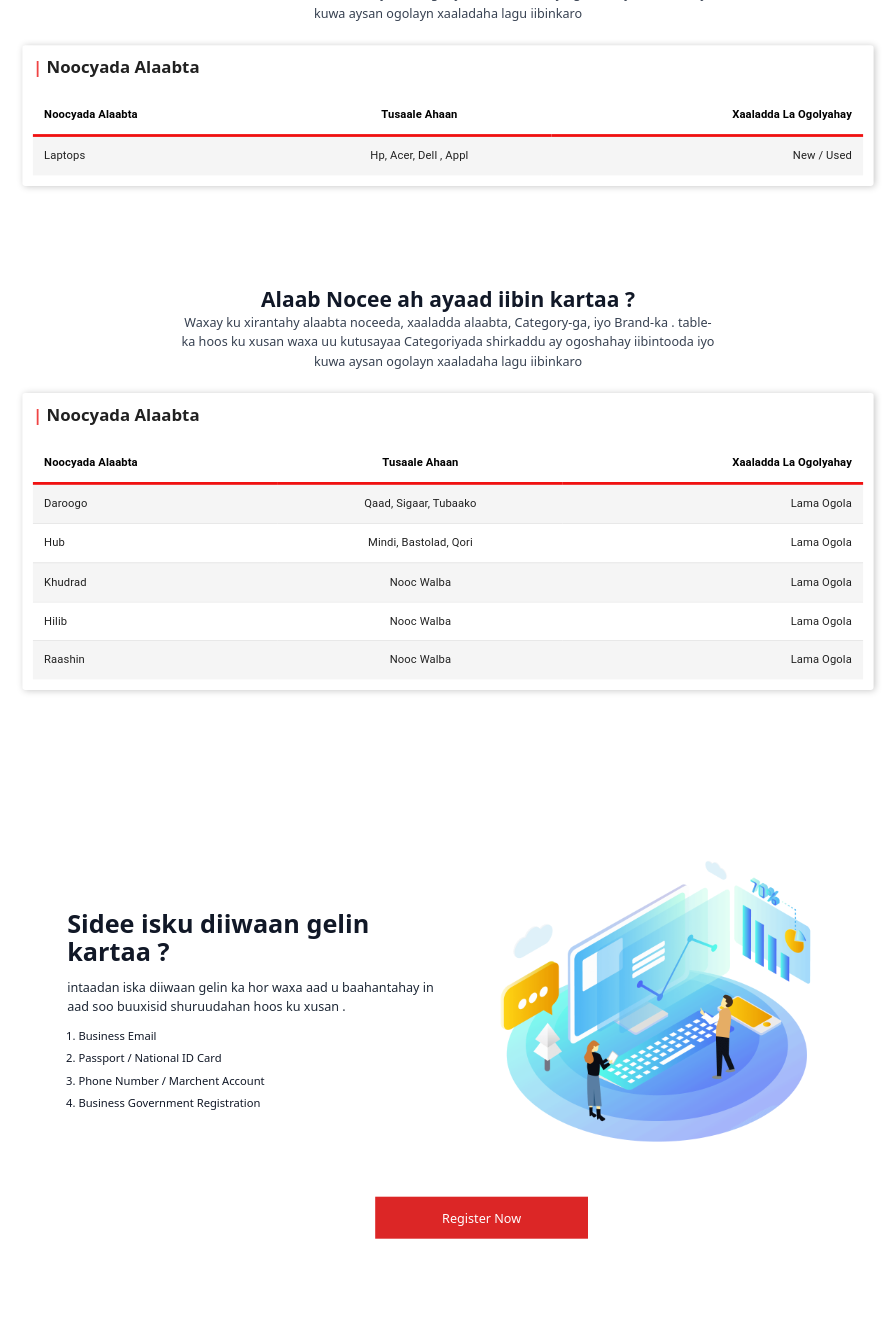
Repository: muraadso/Muraadso-Sellers
Page: /
These files come from the project's save history. The page is drawn as it stood at one moment and after the next save; the edit follows.
The browser window is 1280 px wide. The pictures show the part of the page from y = 2372 to 4292 px (the page is 7451 px tall before and 7507 px after), at 70% of full size.
The project was rebuilt for these pictures with package versions that can differ from the ones it lists, and the page was loaded fresh each time. The framework's server and built-in components were replaced by stand-ins that run in the browser. Also part of the build but not shown: next.config.js.

Above is the page before, as saved 2021-12-11 11:23:29.

### pages/_app.js
import '../styles/globals.css'
 import 'tailwindcss/tailwind.css'
import { Layout } from '../components/Layout'


function MyApp({ Component, pageProps }) {
  return (
    <Layout>
      <Component {...pageProps} />
    </Layout>
  )
}

export default MyApp

### styles/globals.css
@import url('https://fonts.googleapis.com/css2?family=Lato:ital,wght@0,300;0,400;0,700;0,900;1,700&family=Poppins:wght@200;300;400;500;600;700&display=swap');
html,
body {
  padding: 0 ;
  margin: 0;
  overflow-x: hidden !important;
  scroll-behavior: smooth;
}

a {
  color: inherit;
  text-decoration: none;
}

* {
  box-sizing: border-box;
}


.navbar {
  box-shadow: 2px 1px 7px rgba(0, 0, 0, 0.226);
  font-family: 'Poppins', sans-serif  ;
  font-weight: 500;

}
  .logo{
    font-family: 'Lato', sans-serif;
    font-weight: 700;
    color: rgb(233, 59, 59);
    font-size: 20px ;
  }
  .how-card{
    position: relative;
    box-shadow: 0 2px 10px rgba(0, 0, 0, 0.336) ;
  }
  .regimage{
    height: 500px;

  }
  .react-player {
    background-color: white !important;
    padding: 10px;
    box-shadow: 2px 1px 11px rgba(0, 0, 0, 0.226);
    border-radius: 2px;
  }
  .player-wrapper{
    overflow-x: hidden !important;
    /* width: 100% !important; */
  }


  .formcontainer{
    box-shadow: 2px 1px 11px rgba(0, 0, 0, 0.226);

  }



@media screen and  (max-width: 768px){
  .nav{
    padding-top: 40px;
    display: flex;
    flex-direction: column;

  }

  .how-card{
  margin-bottom: 25px;
}

.tablle{
  margin-bottom: 90px;
}
.tablle2{

}
 TableContainer{
   background-color: red;
   display: hidden;
 }
 .regimage{
    max-height: 300px;

  }
  .formcontainer{
    min-width: 110%;
  }

}




@tailwind base;
@tailwind components;
@tailwind utilities

### components/Hero.jsx
const Hero = () => {
    return (
        <div className="md:grid-cols-2 md:grid md:mt-11 hero">
                <div className="md:px-16 md:py-36 py-11 herotxt">
                    <h6 className="px-2 font-medium text-gray-500">ku iibi muraadso</h6>
                    <h1 className="my-5 text-3xl font-bold text-gray-800 capitalize md:font-bold md:text-gray-800 md:capitalize lg:text-6xl">sidee ugu iibin krtaa <br /> alaabtaada <span  className="text-red-600 md:text-red-600">muraadso</span></h1>

                    <p className="text-gray-700 md:text-left">
                         Whether you’ve already got an established e-commerce business , a great idea for a new product, or you just have a passion for selling, here’s how to take that next step with Muraadso </p>
                </div>

                <div className="heroimg">
                    <img className="w-4/4 "  src="/images/heroimage.png" alt="heroimage" />
                </div>
        </div>
    )
}

export default Hero

### components/About.jsx

const About = () => {
    return (
        <div className="mt-32">
            <h1 className="text-3xl font-bold text-center">Ku Iibso Muraadso</h1>
            <div className="gap-0 md:px-16 md:grid-cols-2 md:grid about-content">
                <div className="mt-12 aboutimg">
                  <img src="/images/aboutimage.png" className="md:h-96" alt="about image" />
                </div>
                <div className="md:mt-20 mt-11 about-text">
                    <p className="text-xl text-justify">
                        Muraadso waa hogaanka suuqa casriga ee online waana suuq aad ku iibin kartid alaabtaada, ahaw ganacsade alaabta sameeya, mid soo dajiya, si fudud ayaad ugu iibin kartaa suuqa casriga muraadso, sidoo kale ka mid noqo ganacsiyada shabakada internet ku iibiya alaabaha adiga oon ku kharash badan galin, kana faa’idaysanaya khubarada team ka muraadso helayana tobabaro iyo caawimo sidaad ugu iibin lahayd muraadso dhexdeeda Ku dhex iibta muraadso waa wax fudud sidoo kalena kharash yari kaaga bixi karo ama wax kharash ahi kaa baxayn, kaliya waxa lagaaga bahanyay in aad is diwaan galisid, kuna gurtid alaabta aad haysid online shirkada sidaana aad ku bilawdid iibka alaabtaada....<span className="text-red-600">Read More</span>
                    </p>
                </div>


            </div>
        </div>
    )
}

export default About

### components/Howtoreg.jsx
const Howtoreg = () => {
  return (
    <div className="flex flex-col md:p-16 howtoreg mb-11 md:mb-6 ">
      <div className="grid items-center justify-between md:grid-cols-2 registerdoc">
        <div className="space-y-4 regcontent">
          <h1 className="text-xl font-bold text-gray-900 md:text-4xl">Sidee isku diiwaan gelin kartaa ?</h1>
          <p className="text-lg text-gray-800 ">intaadan iska diiwaan gelin ka hor waxa aad u baahantahay in aad
            soo buuxisid shuruudahan hoos ku xusan .</p>
            <ol className="ml-4 space-y-2 font-medium text-gray-900 list-decimal">
              <li>Business Email</li>
              <li>Passport / National ID Card</li>
              <li>Phone Number / Marchent Account </li>
              <li>Business Government Registration</li>
            </ol>
        </div>
        <div className="flex items-center justify-end regimage">
          <img className="regimage" src="/images/registrationn.png" alt="" />
        </div>

      </div>
      <div className="flex flex-col items-center justify-center space-y-4 md:space-x-24 md:flex-row acceptterms">
        <div className="flex flex-row items-center justify-center check">
        </div>
        <div className="items-center justify-center text-center">
        <button className="items-center justify-center px-24 py-3 text-sm text-white bg-red-600 md:text-center md:text-lg md:px-24 md:py-4 ">Register Now</button>
        </div>
      </div>


    </div>
  )
}

export default Howtoreg

### components/Whatsell.jsx
import * as React from 'react';
import { styled } from '@mui/material/styles';
import Table from '@mui/material/Table';
import TableBody from '@mui/material/TableBody';
import TableCell, { tableCellClasses } from '@mui/material/TableCell';
import TableContainer from '@mui/material/TableContainer';
import TableHead from '@mui/material/TableHead';
import TableRow from '@mui/material/TableRow';
import Paper from '@mui/material/Paper';

const StyledTableCell = styled(TableCell)(({ theme }) => ({

  [`&.${tableCellClasses.head}`]: {
    backgroundColor: theme.palette.common.white,
    color: theme.palette.common.black,
    borderBottom: '4px solid rgb(240, 17, 17)' ,
    fontSize: '16px',
    fontWeight: '600',

  },
  [`&.${tableCellClasses.body}`]: {
    fontSize: 16,
  },
}));

const StyledTableRow = styled(TableRow)(({ theme }) => ({
  '&:nth-of-type(odd)': {
    backgroundColor: theme.palette.action.hover,


  },
  // hide last border
  '&:last-child td, &:last-child th': {
    border: 0,
  },
}));





function createData(noocaAlaabta, tusaale, xaaladda) {
  return { noocaAlaabta, tusaale, xaaladda };
}

const rows =[
  createData('Laptops', 'Hp, Acer, Dell , Appl', 'New / Used'),
]
const rows2 = [
  createData('Daroogo', "Qaad, Sigaar, Tubaako", 'Lama Ogola'),
  createData('Hub', 'Mindi, Bastolad, Qori', 'Lama Ogola'),
  createData('Khudrad', 'Nooc Walba', 'Lama Ogola'),
  createData('Hilib', 'Nooc Walba', 'Lama Ogola'),
  createData('Raashin', 'Nooc Walba', 'Lama Ogola')

];

export default function Whatsell() {
  return (
      <>
    <div className="flex flex-col items-center md:justify-center md:mb-36 tablle mb-11">
                <h1 className="text-xl font-bold text-center text-gray-900 md:text-3xl">Alaab Nocee ah ayaad iibin kartaa ?</h1>
                <p className="max-w-3xl mb-8 text-sm text-center text-gray-700 md:text-lg">Waxay ku xirantahy alaabta noceeda, xaaladda alaabta, Category-ga, iyo Brand-ka .
                table-ka hoos ku xusan waxa uu kutusayaa Categoriyada shirkaddu ay ogoshahay iibintooda
                iyo kuwa aysan ogolayn xaaladaha lagu iibinkaro </p>

            <TableContainer className="mw-screen-lg TableContainer" component={Paper} sx={{ padding: "15px", minWidth: 380 , maxWidth: 1500, boxShadow: '2px 1px 11px rgba(0, 0, 0, 0.226)' }}>
        <h1 className="mb-6 text-2xl font-bold "> <span className="font-black text-red-500 ">|</span> Noocyada Alaabta</h1>
      <Table sx={{ minWidth: 500 }} aria-label="customized table">
        <TableHead>
          <TableRow>
            <StyledTableCell>Noocyada Alaabta</StyledTableCell>
            <StyledTableCell align="center"> Tusaale Ahaan</StyledTableCell>
            <StyledTableCell align="right">Xaaladda La Ogolyahay</StyledTableCell>
          </TableRow>
        </TableHead>
        <TableBody>
          {rows.map((row) => (
            <StyledTableRow key={row.noocaAlaabta} sx={{backgroundColor: 'white'}}>
              <StyledTableCell component="th" scope="row">
                {row.noocaAlaabta}
              </StyledTableCell>
              <StyledTableCell   align="center">{row.tusaale}</StyledTableCell>
              <StyledTableCell align="right">{row.xaaladda}</StyledTableCell>
            </StyledTableRow>
          ))}
        </TableBody>
      </Table>
    </TableContainer>

    </div>


    <div className="flex flex-col items-center md:justify-center md:mb-36 tablle mb-11">
                <h1 className="text-xl font-bold text-center text-gray-900 md:text-3xl">Alaab Nocee ah ayaad iibin kartaa ?</h1>
                <p className="max-w-3xl mb-8 text-sm text-center text-gray-700 md:text-lg">Waxay ku xirantahy alaabta noceeda, xaaladda alaabta, Category-ga, iyo Brand-ka .
                table-ka hoos ku xusan waxa uu kutusayaa Categoriyada shirkaddu ay ogoshahay iibintooda
                iyo kuwa aysan ogolayn xaaladaha lagu iibinkaro </p>

            <TableContainer className="mw-screen-lg TableContainer" component={Paper} sx={{ padding: "15px", minWidth: 380 , maxWidth: 1500, boxShadow: '2px 1px 11px rgba(0, 0, 0, 0.226)' }}>
        <h1 className="mb-6 text-2xl font-bold "> <span className="font-black text-red-500 ">|</span> Noocyada Alaabta</h1>
      <Table sx={{ minWidth: 500 }} aria-label="customized table">
        <TableHead>
          <TableRow>
            <StyledTableCell>Noocyada Alaabta</StyledTableCell>
            <StyledTableCell align="center"> Tusaale Ahaan</StyledTableCell>
            <StyledTableCell align="right">Xaaladda La Ogolyahay</StyledTableCell>
          </TableRow>
        </TableHead>
        <TableBody>
          {rows2.map((row) => (
            <StyledTableRow key={row.noocaAlaabta} sx={{backgroundColor: 'white'}}>
              <StyledTableCell component="th" scope="row">
                {row.noocaAlaabta}
              </StyledTableCell>
              <StyledTableCell   align="center">{row.tusaale}</StyledTableCell>
              <StyledTableCell align="right">{row.xaaladda}</StyledTableCell>
            </StyledTableRow>
          ))}
        </TableBody>
      </Table>
    </TableContainer>

    </div>




     </>
  );
}

### components/Howtolist.jsx
import ReactPlayer from 'react-player'


const Howtoreg = () => {
  return (
    <div className="flex flex-col space-y-11 md:space-y-24 md:p-16 howtoreg">
      <div className="grid items-center justify-between md:grid-cols-2 registerdoc">
        <div className="space-y-4 regcontent">
          <h1 className="text-xl font-bold text-gray-900 md:text-4xl">Alaabtaada habkan uso diiwaan geli</h1>
          <p className="text-lg text-gray-800 ">kadib marka laguu ogolaado in aad soo diiwaan gelisid alaabtaada
waxaa muhiim ah in aad qaadid talaabooyinkan si alaabta aad
u diiwaan gelisid ay uga soo muuqato Bogga MURAADSO</p>
            <ol className="ml-4 space-y-2 font-medium text-gray-900 list-decimal">
              <li>magaca alaabta oo dhamaystiran</li>
              <li>faahfaahinta alaabta </li>
              <li>xaddiga aad ka haysid alaabta </li>
              <li>qiimaha alaabta </li>
              <li>categoryga ay ka tirsantaha</li>
              <li>brand-ka alaabta ama shirkada smaysay</li>
              <li>4 ama 3 sawir oo quality-goodu sareeyo</li>
              <li>alaabta features-keeda</li>
              <li>alaabta tag-skeeda ama keywordskeda</li>
            </ol>
        </div>
        <div className="flex items-center justify-end regimage">
          <img className="regimage" src="/images/dashboard.png" alt="" />
        </div>

      </div>

      <div className="flex flex-col items-center justify-center space-y-6 watch">
          <h1 className="text-lg font-medium text-center md:font-bold md:text-xl ">Ama Daawo Video-gan Kuu Sharaxaya Habka looso geliyo Product</h1>
         <div className='flex items-center justify-center w-screen p-2 overflow-x-hidden mx-11 player-wrapper'>
        <ReactPlayer
          className=' react-player'
          url='hhttps://www.youtube.com/watch?v=qS5MdsgyWb4&t=5s'
        style={{
            backgroundColor: '#ff0000'
        }}

        />
      </div>
      </div>




    </div>
  )
}

export default Howtoreg

### components/Reg.jsx
import TextField from '@mui/material/TextField';
import Checkbox from '@mui/material/Checkbox';
import FormControlLabel from '@mui/material/FormControlLabel';



const Reg = () => {
    return (
        <div className="container flex flex-col items-center justify-center md:w-screen md:px-11 mb-36 ">
            <h1 className="text-lg font-bold text-center md:text-3xl ">Nagu Soo Biir Macmiil</h1>
            <div className="flex flex-col items-center justify-center py-10 mt-24 bg-white rounded md:w-9/12 md:px-11 space-y-7 formcontainer">
            <h1 className="text-lg font-bold text-center md:text-3xl ">Is Diiwaan Geli</h1>
                <div className="grid w-5/6 grid-cols-1 md:grid-cols-2 gap-x-6 gap-y-7 form">
                  <TextField id="outlined-basic" label="First Name" variant="outlined" />
                  <TextField id="outlined-basic" label="Last Name" variant="outlined" />
                  <TextField id="outlined-basic" label="Magaalada" variant="outlined" />
                  <TextField id="outlined-basic" label="Address" variant="outlined" />
                  <TextField type="number" id="outlined-basic" label="Phone Number" variant="outlined" />
                  <TextField id="outlined-basic" label="Magaca Ganasiga" variant="outlined" />
                  <TextField id="outlined-basic" label="Noca Ganasiga" variant="outlined" />
                </div>

                <div className="flex flex-col items-center justify-center text-center">
                    <FormControlLabel className="mb-2" control={<Checkbox />} label="I accept the privacy and policy" />
                   <button
                    className="items-center justify-center px-24 py-3 text-sm text-white bg-red-600 md:text-center md:text-lg md:px-24 md:py-4 ">
                        Register Now
                    </button>
        </div>
            </div>





        </div>
    )
}

export default Reg

### components/How.jsx
export const How = () => {
    return (
        <div className="flex flex-col items-center justify-center mt-32 mb-24 how md:gap-y-4 gap-y-11">
            <div className="howheader">
            <h2 className="text-4xl font-bold text-center">Sidee u shaqaysaa</h2>
            <p className="mt-2 text-lg text-center text-gray-600">habka uu ushaqeeyo adeegan waa sidatan hoos ku xusan</p>
            </div>
            <div className="h-full md:p-16 md:gap-4 gap-72 md:grid-cols-4 md:grid howsteps">

                <div className="relative max-h-full p-6 bg-white border-4 border-red-400 rounded how-card ">
                    <div className="flex items-center justify-center my-4 card-icon ">
                        <img  src="./icons/register.png" alt="register" />

                    </div>
                    <div className="mb-4 text-xl text-center text-gray-800 cardbody">
                        Macmiil iska diiwaan geli adeega, 24h kadib waxad helaysa fariin ah in lagu aqbalay
                    </div>
                    <div className="absolute flex items-center justify-center w-10 h-10 font-bold text-red-500 bg-white border-2 border-red-500 rounded-full -bottom-5 md:left-40 left-36 place-content-center card-number"> <h2>1</h2></div>
                </div>


                <div className="relative max-h-full p-6 bg-white border-4 border-red-400 rounded how-card ">
                    <div className="flex items-center justify-center my-4 card-icon ">
                        <img className="h-24"  src="./icons/features.png" alt="register" />
                    </div>
                    <div className="mb-4 text-xl text-center text-gray-800 cardbody">
                        Macmiil iska diiwaan geli adeega, 24h kadib waxad helaysa fariin ah in lagu aqbalay
                    </div>
                    <div className="absolute flex items-center justify-center w-10 h-10 font-bold text-red-500 bg-white border-2 border-red-500 rounded-full -bottom-5 md:left-40 left-36 place-content-center card-number"> <h2>2</h2></div>
                </div>




                <div className="relative max-h-full p-6 bg-white border-4 border-red-400 rounded how-card ">
                    <div className="flex items-center justify-center my-4 card-icon ">
                        <img className="h-24"  src="./icons/verified.png" alt="register" />

                    </div>
                    <div className="mb-4 text-xl text-center text-gray-800 cardbody">
                        Macmiil iska diiwaan geli adeega, 24h kadib waxad helaysa fariin ah in lagu aqbalay
                    </div>
                    <div className="absolute flex items-center justify-center w-10 h-10 font-bold text-red-500 bg-white border-2 border-red-500 rounded-full -bottom-5 md:left-40 left-36 place-content-center card-number"> <h2>3</h2></div>
                </div>


                <div className="relative max-h-full p-6 bg-white border-4 border-red-400 rounded how-card ">
                    <div className="flex items-center justify-center my-4 card-icon ">
                        <img className="h-24"  src="./icons/givemoney.png" alt="register" />

                    </div>
                    <div className="mb-4 text-xl text-center text-gray-800 cardbody">
                        Macmiil iska diiwaan geli adeega, 24h kadib waxad helaysa fariin ah in lagu aqbalay
                    </div>
                    <div className="absolute flex items-center justify-center w-10 h-10 font-bold text-red-500 bg-white border-2 border-red-500 rounded-full -bottom-5 md:left-40 left-36 place-content-center card-number"> <h2>4</h2></div>
                </div>

            </div>
            <p className="text-center text-gray-800">Wixii faahfaahin ah waxaad kala xiriiri kartaa lambaradan hoos kuugu xusan</p>
            <a className="font-medium text-red-600" href="#">+252 63 3333471</a>

        </div>
    )
}

export default How

### components/Navbar.jsx
import React, { useState } from "react";
import { HiOutlineMenuAlt2, HiOutlineMenuAlt3 } from "react-icons/hi";



export default function Navbar() {
  const [showNav, setShowNav] = useState(false);

  return (
    <nav className="sticky top-0 z-20 items-center justify-between bg-white px-14 md:px-24 md:py-3 navbar md:flex">
      <div className="flex items-center justify-between">
        <a href="#">
          <h2>Muraadso</h2>
        </a>


        {showNav ? (
          <HiOutlineMenuAlt3
            onClick={() => setShowNav(!showNav)}
            className="block w-10 h-10 p-2 cursor-pointer md:hidden" />

        ) : (
          <HiOutlineMenuAlt2
            onClick={() => setShowNav(!showNav)}
            className="block w-10 h-10 p-2 cursor-pointer md:hidden"
          />
        )}
      </div>

      <ul
        className={
          (showNav ? "left-0" : "-left-full") +
          " md:static fixed bottom-0 md:ml-24 top-14 md:flex md:space-x-6 items-center md:bg-transparent bg-gray-700 rounded md:rounded-none md:bg-white bg-opacity-90 md:w-auto w-10/12 md:text-gray-800 text-white  md:space-y-0 space-y-5 p-2 transition-left nav"
        }
      >
        <a href="#"> Home</a>
        <a href="#"> About</a>
        <a href="#"> Doc</a>
        <a href="#"> Contact Us</a>
      <a className="px-4 py-2 text-white bg-red-600 rounded" href="">Signup</a>
      </ul>
    </nav>
  );
}

























// const Navbar = () => {
//     return (
//         <div>
//      <div className="sticky top-0 z-20 items-center justify-between bg-white md:flex navbar">
//          <a className="logo" href="#">Muraadso</a>
//          <nav className="fixed bottom-0 items-center w-10/12 p-2 space-y-5 text-white bg-gray-500 md:static top-12 md:flex md:space-x-7 md:bg-transparent bg-opacity-90 md:w-auto md:text-gray-500 md:space-y-0 transition-left nav">
//              <a className="hover:text-red-600" href="">Home</a>
//              <a className="hover:text-red-600" href="">About</a>
//              <a className="hover:text-red-600" href="">Doc</a>
//              <a className="hover:text-red-600" href="">Contact Us</a>
//          </nav>
//          <a href="#" className="px-4 py-2 text-white bg-red-600 rounded hover:bg-red-700 signup ">Signup</a>
//      </div>

//         </div>
//     )
// }

// export default Navbar

### components/Footer.jsx
import FacebookIcon from '@mui/icons-material/Facebook';
import InstagramIcon from '@mui/icons-material/Instagram';
import YouTubeIcon from '@mui/icons-material/YouTube';
import Divider from '@mui/material/Divider';
import CopyrightIcon from '@mui/icons-material/Copyright';





const Footer = () => {
    return (
        <div className="px-2 py-8 border md:px-24 md:py-16 bg-gray-50 space-y-7">
            <div className="flex flex-col items-center justify-between space-y-4 md:flex-row upper md-space-y-0">

            <div className="flex items-center space-x-5 md:space-x-7 justify-items-start footercontent">
                <a href="#">About Us</a>
                <a href="#">How it Works</a>
                <a href="#">Nagu Dooro</a>
                <a href="#">Register</a>

            </div>

            <div className="footericons space-x-7">
                <FacebookIcon sx={{ fontSize: 30, color: "#ff5e5b" }} />
                <InstagramIcon sx={{ fontSize: 30, color: "#ff5e5b" }} />
                <YouTubeIcon sx={{ fontSize: 30, color: "#ff5e5b" }} />
            </div>

            </div>
            <Divider className="text-red-600">Muraadso.com</Divider>

            <div className="flex flex-col items-center justify-between space-y-3 md:space-y-0 md:flex-row bottom">
                <a href="#"> <CopyrightIcon className="items-center" sx={{fontSize: 15}} /> 2021 Muraadso.All rights reserved. </a>
                <div className="space-x-8 term">
                <a href="#">Privacy Policy</a>
                <a href="#">Terms Of Service</a>
                </div>


            </div>

        </div>
    )
}

export default Footer

Loaded but not shown: styles/Home.module.css (common file); pages/index.js (32 lines, source omitted); tailwind.config.js (18 lines, source omitted); components/Layout.js (15 lines, source omitted); components/Whyus.jsx (70 lines, source omitted)

After the next save:
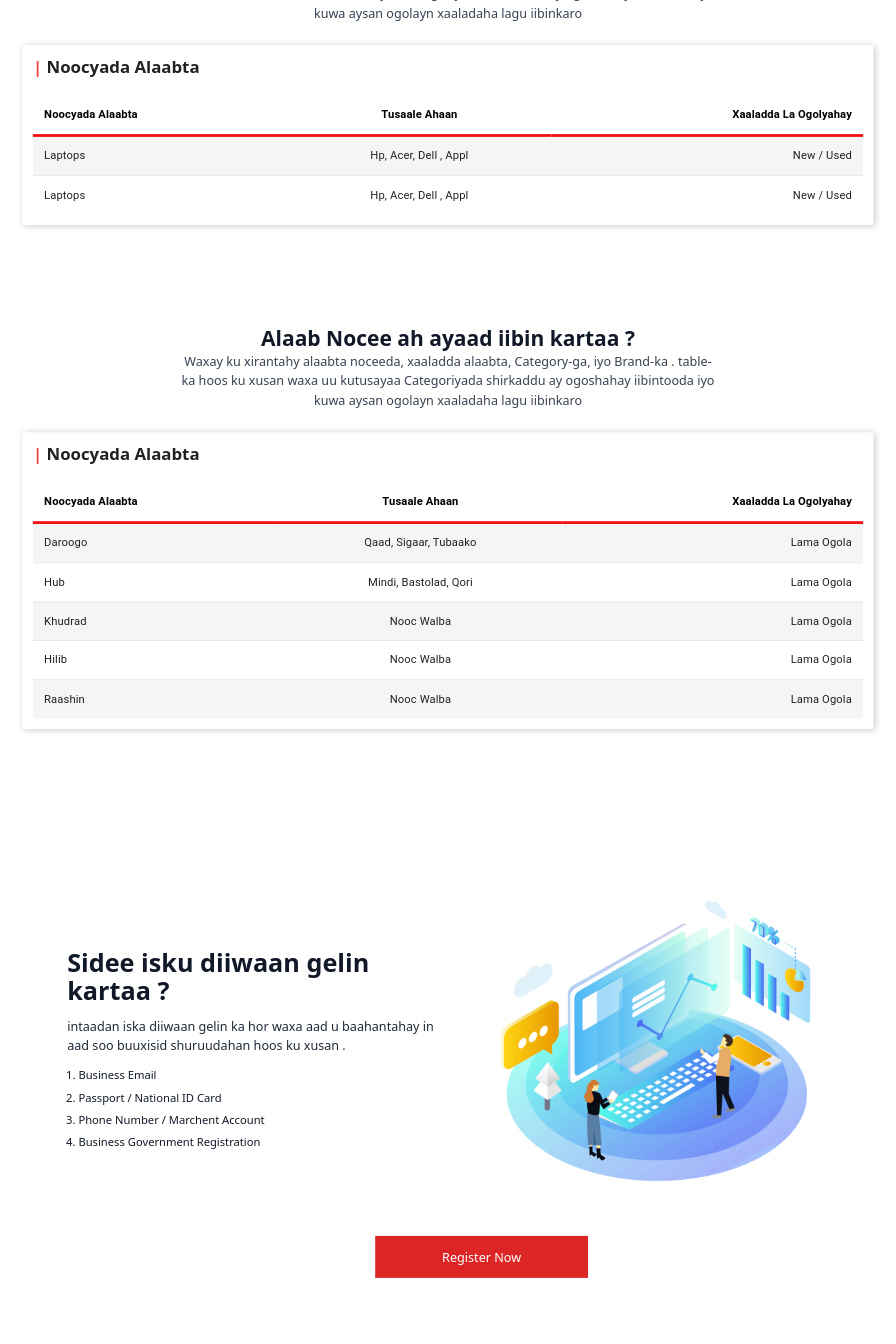
Saved 8 s later.
--- a/components/Whatsell.jsx
+++ b/components/Whatsell.jsx
@@ -44,6 +44,7 @@ function createData(noocaAlaabta, tusaale, xaaladda) {
 }
 
 const rows =[
+  createData('Laptops', 'Hp, Acer, Dell , Appl', 'New / Used'),
   createData('Laptops', 'Hp, Acer, Dell , Appl', 'New / Used'),
 ]
 const rows2 = [
